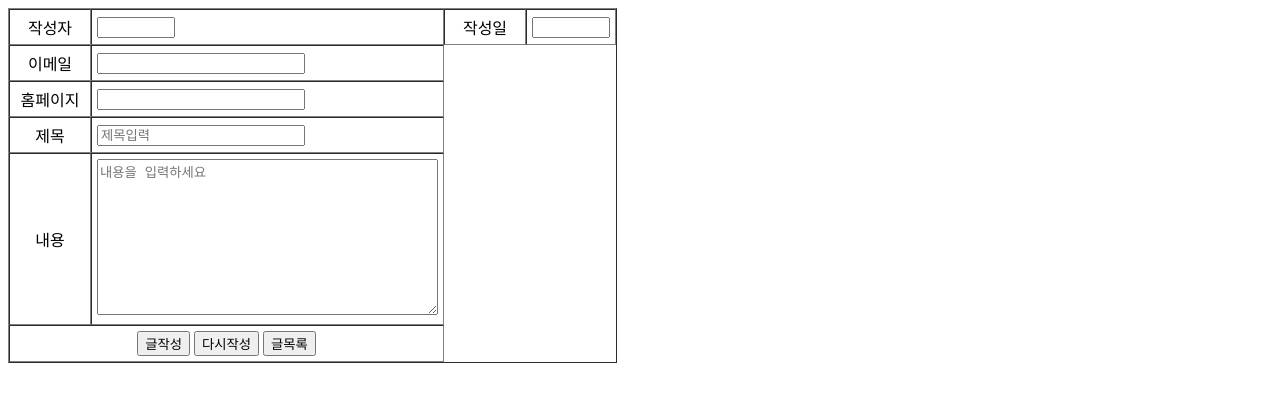
Repository: kimsuel/java-ee-practice
Page: guestbookservlet/WebContent/guestbook/guestbookList.html
The author's editor kept a copy of each file at every save. The page is drawn from the files as they stood at one save, then again after the next save.
The browser window is 1280 px wide. The pictures show the whole page.

Above is the page before, as saved 2018-06-20 07:39:14.

### guestbookservlet/WebContent/guestbook/guestbookList.html
<!DOCTYPE html>
<html>
<head>
<meta charset="UTF-8">
<title>글 목록</title>
</head>
<body>
	<table border="1" cellpadding="5" cellspacing="0">
			<tr>
				<td width="70" align="center">작성자</td>
				<td><input type="text" name="email" style="width:70px"></td>
				<td width="70" align="center">작성일</td>
				<td><input type="text" name="email" style="width:70px"></td>
			</tr>
			<tr>
				<td align="center">이메일</td>
				<td><input type="text" name="email" style="width:200px"></td>
			</tr>
			<tr>
				<td align="center">홈페이지</td>
				<td><input type="text" name="homepage" style="width: 200px"></td>
			</tr>
			<tr>
				<td align="center">제목</td>
				<td><input type="text" style="width: 200px" name="subject" placeholder="제목입력"></td>
			</tr>
			<tr>
				<td align="center">내용</td>
				<td><textarea cols="40" rows="10" name="content" placeholder="내용을 입력하세요"></textarea></td>
			</tr>

			<tr>
				<td colspan="2" align="center"><input type="button" value="글작성" onclick="javascript:check()">
								<input type="reset" value="다시작성">
								<input type="button" value="글목록" onclick="location.href='guestbookList.html'"></td>
			</tr>
		</table>
</body>
</html>

After the next save:
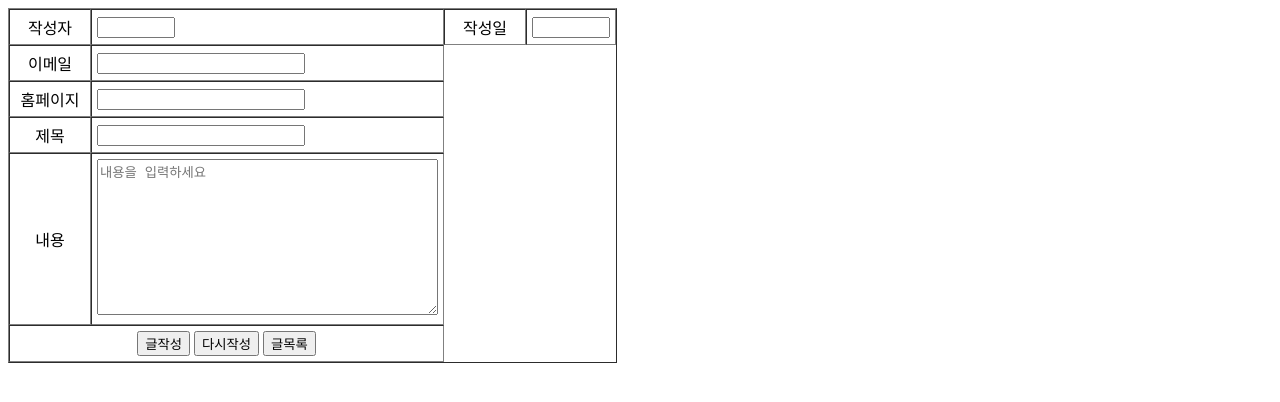
Saved 16 s later.
--- a/guestbookservlet/WebContent/guestbook/guestbookList.html
+++ b/guestbookservlet/WebContent/guestbook/guestbookList.html
@@ -22,7 +22,7 @@
 			</tr>
 			<tr>
 				<td align="center">제목</td>
-				<td><input type="text" style="width: 200px" name="subject" placeholder="제목입력"></td>
+				<td><input type="text" name="subject" style="width: 200px"></td>
 			</tr>
 			<tr>
 				<td align="center">내용</td>
